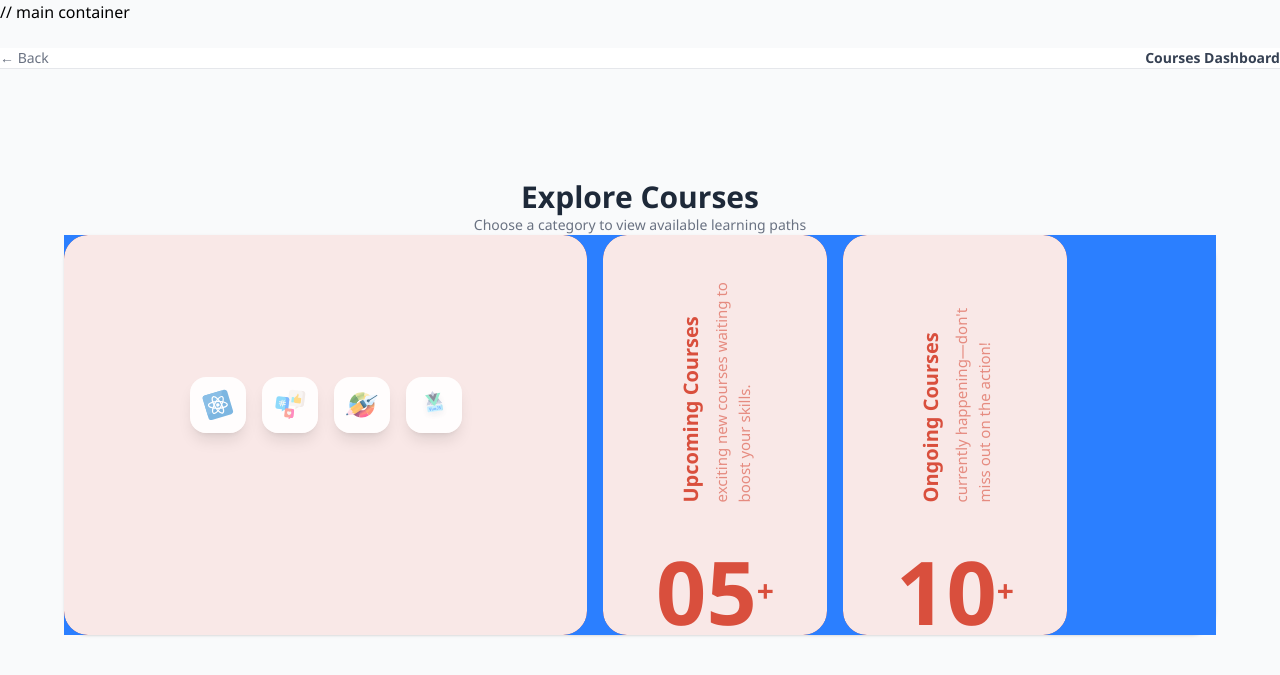
Repository: RahulRajKhadka/nextjs-dashboard-app
Page: /task2
These files come from the project's save history. The page is drawn as it stood at one moment and after the next save; the edit follows.
The browser window is 1280 px wide. The pictures show the whole page.
The project was rebuilt for these pictures with package versions that can differ from the ones it lists, and the page was loaded fresh each time. The framework's server and built-in components were replaced by stand-ins that run in the browser. Also part of the build but not shown: next.config.ts.

Above is the page before, as saved 2026-04-10 15:46:10.

### src/app/layout.tsx
import type { Metadata } from "next";
import "./globals.css";

export const metadata: Metadata = {
  title: "SkillShikshya Tasks",
  description: "Frontend & Logical Tasks",
};

export default function RootLayout({
  children,
}: {
  children: React.ReactNode;
}) {
  return (
    <html lang="en">
      <body>{children}</body>
    </html>
  );
}

### src/app/task2/page.tsx
"use client";
import dynamic from "next/dynamic";
import Link from "next/link";

const CourseCards = dynamic(() => import("@/components/task2/CourseCards"), {
  loading: () => (
    <div className="flex items-center justify-center h-[300px] text-gray-400 text-sm">
      Loading courses...
    </div>
  ),
  ssr: false,
});

export default function Task2Page() {
  return (
    <main className="min-h-screen bg-gray-50 flex flex-col gap-6 "> // main container

      {/* Top Bar */}
      <div className="flex items-center justify-between px-6 md:px-10 py-4 border-b border-gray-200 bg-white">
        <Link
          href="/"
          className="text-sm text-gray-500 hover:text-gray-900 transition-colors"
        >
          ← Back
        </Link>

        <span className="text-sm font-semibold text-gray-700">
          Courses Dashboard
        </span>
      </div>

      {/* Centered Content */}
      <div className="flex-1 flex items-center justify-center px-4 py-10">

        <div className="w-full max-w-6xl">

          {/* Heading */}
          <div className="mb-8 text-center mt-10">
            <h1 className="text-3xl font-bold text-gray-800">
              Explore Courses
            </h1>
            <p className="text-gray-500 text-sm mt-2">
              Choose a category to view available learning paths
            </p>
          </div>

          {/* Cards */}
          <div className="bg-white rounded-3xl shadow-sm p-4 md:p-6">
            <CourseCards />
          </div>

        </div>

      </div>
    </main>
  );
}

### src/app/globals.css
@import "tailwindcss";

* {
  margin: 0;
  padding: 0;
  box-sizing: border-box;
}

html {
  scroll-behavior: smooth;
}

body {
  font-family: "Segoe UI", sans-serif;
  background-color: #f5f5f5;
}

.vertical-text {
  writing-mode: vertical-rl;
  transform: rotate(180deg);
}

### src/components/task2/CourseCards.tsx
"use client";

import { useState, useRef, useLayoutEffect } from "react";
import CourseCard from "./CourseCard";
import { courseCardsData } from "./courseCardsData";
import gsap from "gsap";

export default function CourseCards() {
  const [expandedId, setExpandedId] = useState<number>(1);
  const [directionMap, setDirectionMap] = useState<Map<number, "left" | "right">>(new Map());

  const cardRefs = useRef<(HTMLDivElement | null)[]>([]);
  const labelRefs = useRef<(HTMLDivElement | null)[]>([]); // Store label refs
  const numberRefs = useRef<(HTMLDivElement | null)[]>([]); // Store number refs
  const containerRef = useRef<HTMLDivElement>(null);
  const expandedWidth = useRef(0);
  const collapsedWidth = useRef(0);
  const isAnimating = useRef(false);

  useLayoutEffect(() => {
    const container = containerRef.current;
    if (!container) return;

    const totalWidth = container.clientWidth;
    const gap = 16;
    const totalGap = gap * (courseCardsData.length - 1);
    const unit = (totalWidth - totalGap) / courseCardsData.length;

    expandedWidth.current = unit * 1.4;
    collapsedWidth.current = unit * 0.6;

    const initialDirectionMap = new Map<number, "left" | "right">();
    courseCardsData.forEach((course, index) => {
      const initialDirection = index === 0 ? "right" : "left";
      initialDirectionMap.set(course.id, initialDirection);
    });
    setDirectionMap(initialDirectionMap);

    cardRefs.current.forEach((el, i) => {
      if (el) {
        gsap.set(el, {
          width: courseCardsData[i].id === 1 ? expandedWidth.current : collapsedWidth.current,
        });
      }
    });
  }, []);

  const getDirectionForCard = (clickedId: number, currentExpandedId: number): "left" | "right" => {
    const clickedIndex = courseCardsData.findIndex((c) => c.id === clickedId);
    const expandedIndex = courseCardsData.findIndex((c) => c.id === currentExpandedId);

    if (clickedIndex === 0) return "right";
    if (clickedIndex === courseCardsData.length - 1) return "left";

    if (clickedIndex < expandedIndex) return "right";
    return "left";
  };

  const handleCardClick = (courseId: number) => {
    if (courseId === expandedId || isAnimating.current) return;

    const newDirection = getDirectionForCard(courseId, expandedId);
    const prevIndex = courseCardsData.findIndex((c) => c.id === expandedId);
    const newIndex = courseCardsData.findIndex((c) => c.id === courseId);

    isAnimating.current = true;

    const tl = gsap.timeline({
      onComplete: () => {
        isAnimating.current = false;
      },
    });

    setDirectionMap(prev => {
      const newMap = new Map(prev);
      newMap.set(courseId, newDirection);
      return newMap;
    });

    // Get label and number elements for animation
    const oldLabel = labelRefs.current[prevIndex];
    const newLabel = labelRefs.current[newIndex];
    const oldNumber = numberRefs.current[prevIndex];
    const newNumber = numberRefs.current[newIndex];
    const courseData = courseCardsData[newIndex];

    // Animate old card collapse
    tl.to(cardRefs.current[prevIndex], {
      width: collapsedWidth.current,
      duration: 0.5,
      ease: "power3.inOut",
    }, 0);

    // Animate old label back to collapsed state
    if (oldLabel) {
      tl.to(oldLabel, {
        rotation: -90,
        x: 0,
        y: 0,
        color: courseData.textColor,
        duration: 0.5,
        ease: "power2.inOut",
      }, 0);
    }

    // Animate old number color
    if (oldNumber) {
      tl.to(oldNumber, {
        color: courseData.textColor,
        duration: 0.3,
      }, 0);
    }

    // Update expanded ID mid-timeline
    tl.call(() => {
      setExpandedId(courseId);
    }, null, 0.25);

    // Animate new card expansion
    tl.to(cardRefs.current[newIndex], {
      width: expandedWidth.current,
      duration: 0.5,
      ease: "power3.inOut",
    }, 0.25);

    // Animate new label to expanded position
    if (newLabel && newNumber) {
      const labelRect = newLabel.getBoundingClientRect();
      const numberRect = newNumber.getBoundingClientRect();

      const targetX = numberRect.right + 16 - (labelRect.left + labelRect.width / 2);
      const targetY = numberRect.bottom - labelRect.height / 2 - labelRect.top - labelRect.height / 2;

      tl.fromTo(newLabel,
        {
          rotation: -90,
          x: 0,
          y: 0,
          color: courseData.textColor,
        },
        {
          rotation: 0,
          x: targetX,
          y: targetY,
          color: "#ffffff",
          duration: 0.5,
          ease: "back.out(0.3)",
        }, 0.25
      );
    }

    // Animate new number color
    if (newNumber) {
      tl.to(newNumber, {
        color: "#ffffff",
        duration: 0.3,
      }, 0.4);
    }
  };

  return (
    <div ref={containerRef} className="flex  gap-4 box-border w-full my-8 bg-blue-500  min-h-[200px] md:min-h-[200px] lg:min-h-[400px] ">
      {courseCardsData.map((course, i) => (
        <div
          key={course.id}
          ref={(el) => {
            cardRefs.current[i] = el;
          }}
          className="shrink-0 overflow-hidden my-auto rounded-3xl"
        >
          <CourseCard
            course={course}
            isExpanded={expandedId === course.id}
            direction={directionMap.get(course.id) || (i === 0 ? "right" : "left")}
            isLeftmost={i === 0}
            onClick={() => handleCardClick(course.id)}
            labelRef={(el) => { labelRefs.current[i] = el; }}
            numberRef={(el) => { numberRefs.current[i] = el; }}
          />
        </div>
      ))}
    </div>
  );
}

### src/components/task2/CourseCard.tsx
"use client";

import Image from "next/image";
import { useRef, useLayoutEffect } from "react";
import { CourseCard as CourseCardType } from "@/types";
import gsap from "gsap";

interface Props {
  course: CourseCardType;
  isExpanded: boolean;
  onClick: () => void;
  direction: "left" | "right";
  isLeftmost?: boolean;
}

export default function CourseCard({
  course,
  isExpanded,
  onClick,
  direction,
  isLeftmost = false,
}: Props) {
  const numberRef = useRef<HTMLDivElement>(null);
  const collapsedLabelRef = useRef<HTMLDivElement>(null);
  const iconsRef = useRef<(HTMLSpanElement | null)[]>([]);
  const topbarRef = useRef<HTMLDivElement>(null);
  const expandedViewRef = useRef<HTMLDivElement>(null);
  const circleRef = useRef<HTMLDivElement>(null);

  useLayoutEffect(() => {
    if (!numberRef.current || !collapsedLabelRef.current) return;

    if (isExpanded) {
      // Create a timeline for smooth coordination
      const tl = gsap.timeline();

      // Show expanded view
      gsap.set(expandedViewRef.current, { display: "grid" });

      // Measure label and number positions
      const labelRect = collapsedLabelRef.current.getBoundingClientRect();
      const numberRect = numberRef.current.getBoundingClientRect();

      // Calculate target position (beside number with 16px gap)
      const targetX = numberRect.right + 16 - (labelRect.left + labelRect.width / 2);
      const targetY = numberRect.bottom - labelRect.height / 2 - labelRect.top - labelRect.height / 2;

      // 1. Circle wipe animation
      tl.to(circleRef.current, {
        clipPath: "circle(0% at 0% 100%)",
        duration: 1,
        ease: "power3.inOut",
      }, 0);

      // 2. Label animation (rotate + move) - starts at same time
      tl.fromTo(collapsedLabelRef.current,
        {
          rotation: -90,
          x: 0,
          y: 0,
          color: course.textColor,
        },
        {
          rotation: 0,
          x: 180,
          y: 188,
          color: "#ffffff",
          duration: 0.8,
          ease: "back.out(0.3)",
        }, 0
      );

      // 3. Number color change
      tl.to(numberRef.current, {
        color: "#ffffff",
        duration: 0.4,
      }, 0.2);

      // 4. Top bar animation
      const topbarFromX = direction === "left" ? 60 : -60;
      tl.fromTo(topbarRef.current,
        { opacity: 0, y: -15, x: topbarFromX },
        {
          opacity: 1,
          y: 0,
          x: 0,
          duration: 0.5,
          ease: "power2.out",
        }, 0.3
      );

      // 5. Icons animation (staggered)
      const iconsFromX = direction === "left" ? 120 : -120;
      gsap.set(iconsRef.current, { x: iconsFromX, opacity: 0 });
      iconsRef.current.forEach((icon, i) => {
        tl.to(icon, {
          x: 0,
          opacity: 1,
          duration: 0.4,
          ease: "power2.out",
        }, 0.4 + i * 0.08);
      });

    } else {
      // COLLAPSE ANIMATIONS - Smooth reverse
      const tl = gsap.timeline();

      // 1. Circle expands back
      tl.to(circleRef.current, {
        clipPath: "circle(130% at 0% 80%)",
        duration: 0.8,
        ease: "power3.inOut",
      }, 0);

      // 2. Label returns to collapsed position
      tl.to(collapsedLabelRef.current, {
        rotation: -90,
        x: 0,
        y: 0,
        color: course.textColor,
        duration: 0.6,
        ease: "power2.inOut",
      }, 0);

      // 3. Number color returns
      tl.to(numberRef.current, {
        color: course.textColor,
        duration: 0.3,
      }, 0.1);

      // 4. Hide expanded view
      tl.set(expandedViewRef.current, {
        display: "none"
      }, 0.3);

      // 5. Reset icons and topbar
      tl.set(iconsRef.current, {
        clearProps: "x,opacity"
      }, 0.4);

      tl.set(topbarRef.current, {
        clearProps: "x,y,opacity"
      }, 0.4);
    }
  }, [isExpanded, direction, course.textColor]);

  return (
    <div
      onClick={onClick}
      className="relative rounded-3xl  overflow-hidden cursor-pointer h-full w-full"
      style={{ backgroundColor: course.bgExpanded }}
    >
      {/* Background circle */}
      <div
        ref={circleRef}
        className="absolute inset-0 z-[1]"
        style={{
          backgroundColor: course.bg,
          clipPath: "circle(150% at 0% 100%)",
        }}
      />
{!isExpanded && (
  <div className="absolute inset-0 z-[3] flex flex-col items-center justify-between pointer-events-none py-8">
    {/* Top spacer - pushes content down */}
    <div></div>

    {/* LABEL - centered area */}
    <div
      ref={collapsedLabelRef}
      className="flex flex-col gap-1"
      style={{
        transform: "rotate(-90deg)",
        transformOrigin: "center center",
        color: course.textColor
      }}
    >
      <span className="font-bold text-[20px] whitespace-nowrap" style={{ color: "inherit" }}>
        {course.label}
      </span>
      <p className="text-[15px] opacity-60 " style={{ color: "inherit" }}>
        {course.sublabel}
      </p>
    </div>

    {/* NUMBER - at bottom */}
    <div
      ref={numberRef}
      className="flex items-center justify-center"
      style={{ color: course.textColor }}
    >
      <span
        className="font-black leading-none"
        style={{
          fontSize: "clamp(3.5rem,7vw,5.5rem)",
          color: "inherit",
        }}
      >
        {String(course.count).padStart(2, "0")}
      </span>
      <span className="font-black text-3xl mb-2 ml-1" style={{ color: "inherit" }}>
        +
      </span>
    </div>
  </div>
)}

      {/* EXPANDED VIEW — topbar + icons only */}
      <div
        ref={expandedViewRef}
        className="absolute inset-0 z-[2] p-5"
        style={{
          display: isExpanded ? "grid" : "none",
          gridTemplateRows: "auto 1fr auto",
        }}
      >
        {/* Row 1: topbar */}
        <div ref={topbarRef} className="flex justify-end mt-40 opacity-0">
          <span className="text-white/80 text-sm font-medium tracking-wide">
            View all Courses →
          </span>
        </div>

        {/* Row 2: icons */}
        <div className="flex gap-4 items-center justify-center">
          {course.icons?.map((iconPath, i) => (
            <span
              key={i}
              ref={(el) => (iconsRef.current[i] = el)}
              className="w-14 h-14 rounded-2xl bg-white/90 backdrop-blur-sm flex items-center justify-center shadow-lg"
            >
              <Image src={iconPath} alt="" width={32} height={32} className="opacity-80" />
            </span>
          ))}
        </div>

        {/* Row 3: empty spacer */}
        <div className="h-20" />
      </div>
    </div>
  );
}

### src/components/task2/courseCardsData.ts
import { CourseCard } from "@/types";

export const courseCardsData: CourseCard[] = [
  {
    id: 1,
    count: "23",
    label: "All Courses",
    sublabel: "courses you're powering through right now.",
    bg: "#F9E8E7",        // ← was "#D94F3D", should be light pink
    textColor: "#D94F3D",  // ← was "white", red for collapsed state
    bgExpanded: "#D94F3D",
    icons: ["/images/react.svg", "/images/likes.svg", "/images/design.svg", "/images/view.svg"],
  },
  {
    id: 2,
    count: "05",
    label: "Upcoming Courses",
    sublabel: "exciting new courses waiting to boost your skills.",
    bg: "#F9E8E7",
    textColor: "#D94F3D",
    bgExpanded: "#D94F3D",
    icons: ["/images/react.svg", "/images/likes.svg", "/images/design.svg", "/images/view.svg"],
  },
  {
    id: 3,
    count: "10",
    label: "Ongoing Courses",
    sublabel: "currently happening—don't miss out on the action!",
    bg: "#F9E8E7",
    textColor: "#D94F3D",
    bgExpanded: "#D94F3D",
    icons: ["/images/react.svg", "/images/likes.svg", "/images/design.svg", "/images/view.svg"],
  },
];

After the next save:
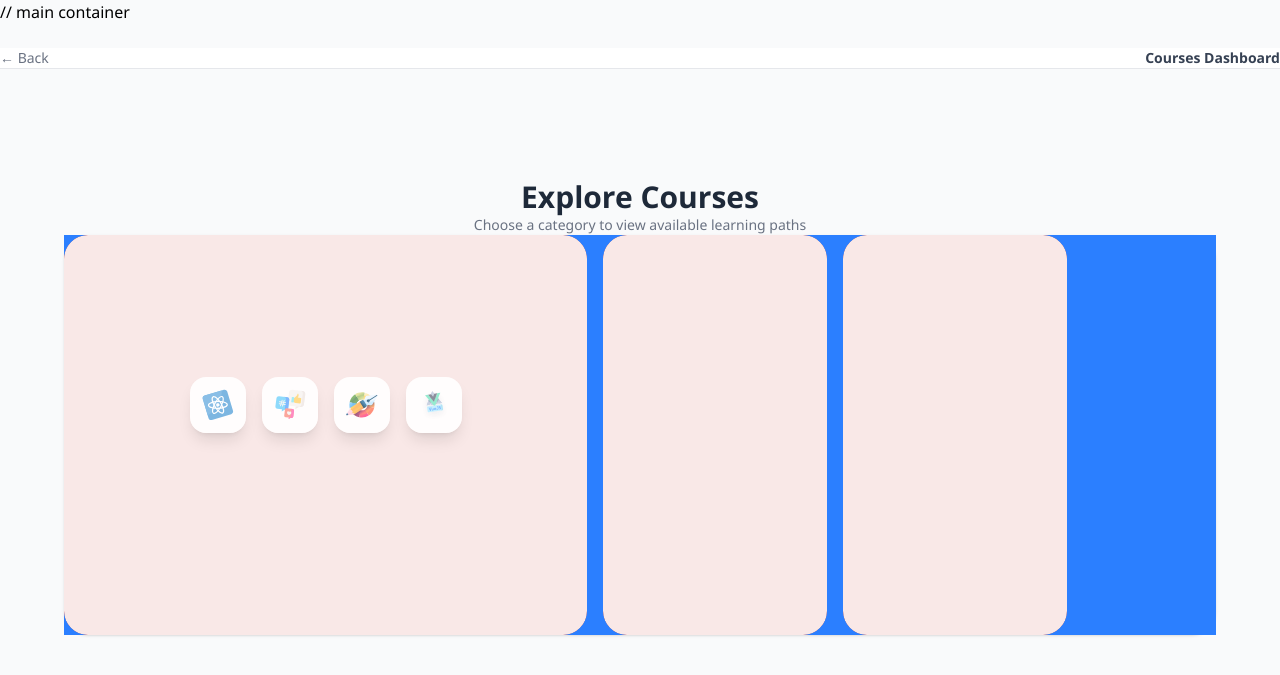
Saved 51 s later.
--- a/src/components/task2/CourseCard.tsx
+++ b/src/components/task2/CourseCard.tsx
@@ -159,50 +159,7 @@ export default function CourseCard({
           clipPath: "circle(150% at 0% 100%)",
         }}
       />
-{!isExpanded && (
-  <div className="absolute inset-0 z-[3] flex flex-col items-center justify-between pointer-events-none py-8">
-    {/* Top spacer - pushes content down */}
-    <div></div>
 
-    {/* LABEL - centered area */}
-    <div
-      ref={collapsedLabelRef}
-      className="flex flex-col gap-1"
-      style={{
-        transform: "rotate(-90deg)",
-        transformOrigin: "center center",
-        color: course.textColor
-      }}
-    >
-      <span className="font-bold text-[20px] whitespace-nowrap" style={{ color: "inherit" }}>
-        {course.label}
-      </span>
-      <p className="text-[15px] opacity-60 " style={{ color: "inherit" }}>
-        {course.sublabel}
-      </p>
-    </div>
-
-    {/* NUMBER - at bottom */}
-    <div
-      ref={numberRef}
-      className="flex items-center justify-center"
-      style={{ color: course.textColor }}
-    >
-      <span
-        className="font-black leading-none"
-        style={{
-          fontSize: "clamp(3.5rem,7vw,5.5rem)",
-          color: "inherit",
-        }}
-      >
-        {String(course.count).padStart(2, "0")}
-      </span>
-      <span className="font-black text-3xl mb-2 ml-1" style={{ color: "inherit" }}>
-        +
-      </span>
-    </div>
-  </div>
-)}
 
       {/* EXPANDED VIEW — topbar + icons only */}
       <div
